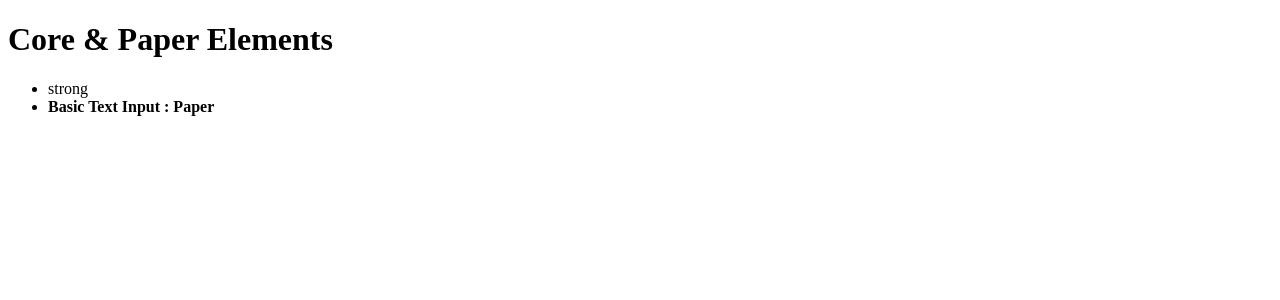
Repository: DirkJohnson/polymer-experiment
Page: index.html
The author's editor kept a record of every edit. The page is drawn from the files as they stood at one moment, then again after the next edit.
The browser window is 1280 px wide. The pictures show the whole page.

Above is the page before.

### index.html
<!DOCTYPE html>
 <html>
  <head>
   <!-- 1. Load web-animations.js for polyfill support. -->
    <script src="bower_components/web-animations-js/web-animations.dev.js"></script>
   <!-- 2. Use an HTML Import to bring in the element. -->
    <link rel="import" href="bower_components/core-ajax/core-ajax.html">
    <link rel="import" href="bower_components/core-input/core-input.html">
    <link rel="import" ahref="bower_components/paper-input/paper-input.html">
  </head>
  <body>
    <h1>Core & Paper Elements</h1>
<ul>
  <li>strong<Basic Text Input : Core</strong>
    <core-input id="single" placeholder="Type something..."></core-input>
  </li>
  <li>
  <strong>Basic Text Input : Paper</strong>
  <paper-input label="Type Something" layout vertical></paper-input>
</li>
</ul>
  </body>
</html>

Loaded but not shown: bower_components/web-animations-js/web-animations.dev.js (common file); bower_components/web-animations-js/target-config.js (library); bower_components/web-animations-js/target-loader.js (common file); bower_components/web-animations-js/src/scope.js (common file); bower_components/web-animations-js/src/timing-utilities.js (library); bower_components/web-animations-js/src/normalize-keyframes.js (library); bower_components/web-animations-js/src/animation-node.js (common file); bower_components/web-animations-js/src/effect.js (library); bower_components/web-animations-js/src/property-interpolation.js (common file); bower_components/web-animations-js/src/animation.js (common file); bower_components/web-animations-js/src/apply-preserving-inline-style.js (library); bower_components/web-animations-js/src/element-animatable.js (common file); bower_components/web-animations-js/src/interpolation.js (common file); bower_components/web-animations-js/src/matrix-interpolation.js (library); bower_components/web-animations-js/src/player.js (library); bower_components/web-animations-js/src/tick.js (library); bower_components/web-animations-js/src/matrix-decomposition.js (library); bower_components/web-animations-js/src/handler-utils.js (library); bower_components/web-animations-js/src/shadow-handler.js (library); bower_components/web-animations-js/src/number-handler.js (common file); bower_components/web-animations-js/src/visibility-handler.js (common file); bower_components/web-animations-js/src/color-handler.js (common file); bower_components/web-animations-js/src/dimension-handler.js (library); bower_components/web-animations-js/src/box-handler.js (common file); bower_components/web-animations-js/src/transform-handler.js (library); bower_components/web-animations-js/src/font-weight-handler.js (common file); bower_components/web-animations-js/src/position-handler.js (library); bower_components/web-animations-js/src/shape-handler.js (library); bower_components/web-animations-js/src/property-names.js (common file)

After the next edit:
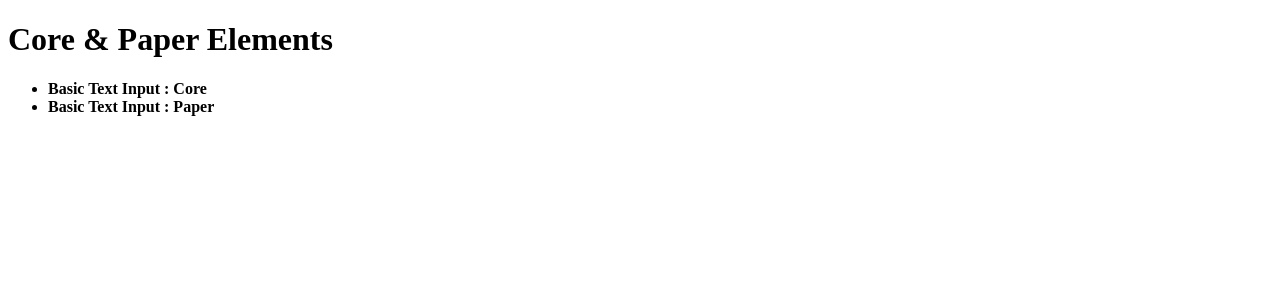
The edit:
--- a/index.html
+++ b/index.html
@@ -11,7 +11,8 @@
   <body>
     <h1>Core & Paper Elements</h1>
 <ul>
-  <li>strong<Basic Text Input : Core</strong>
+  <li>
+   <strong>Basic Text Input : Core</strong>
     <core-input id="single" placeholder="Type something..."></core-input>
   </li>
   <li>
